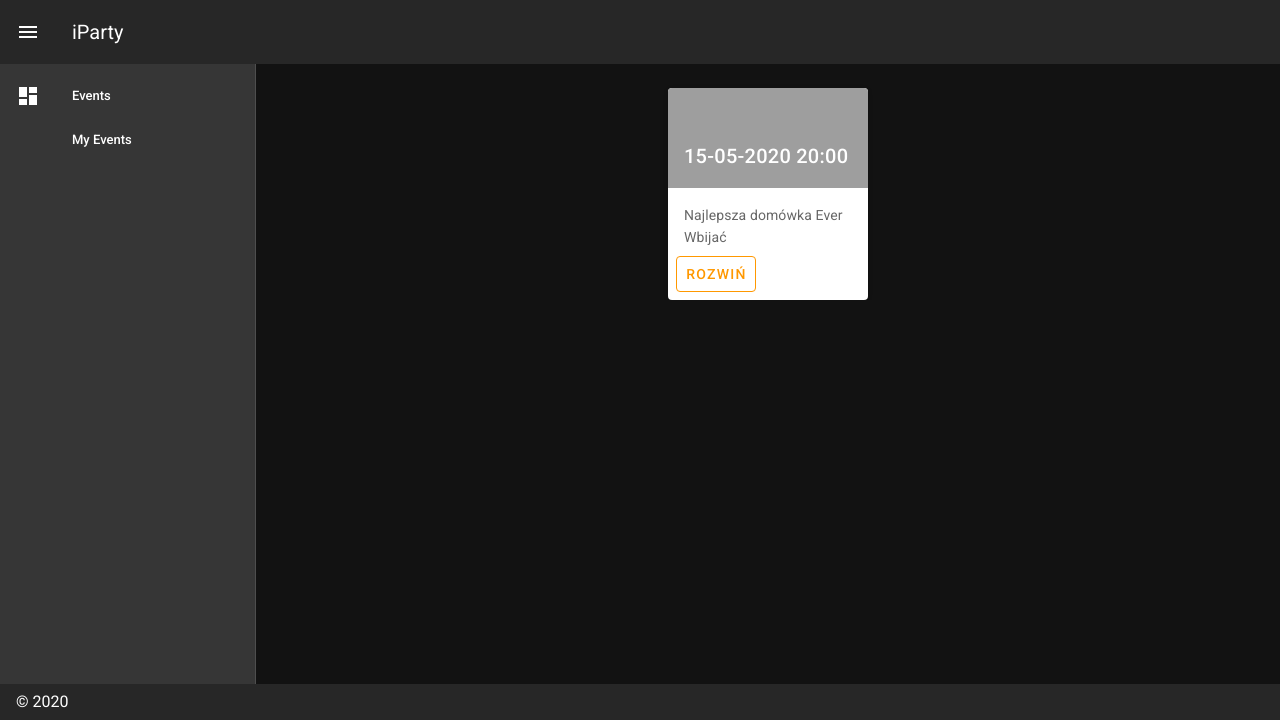
Repository: hexanek/partyapp
Page: /, after clicking the first element matching `button.v-btn--outlined`
An editor plug-in stored every save of this project. The page is shown before and after the next save, followed by the edit.
The browser window is 1280 px wide. The pictures show the whole page.
Pictures or frames that could not be fetched are drawn as grey boxes. The project was rebuilt for these pictures with package versions that can differ from the ones it lists, and the page was loaded fresh each time. Also part of the build but not shown: vue.config.js.

Above is the page before, as saved 2020-01-25 10:45:01.

After the next save:
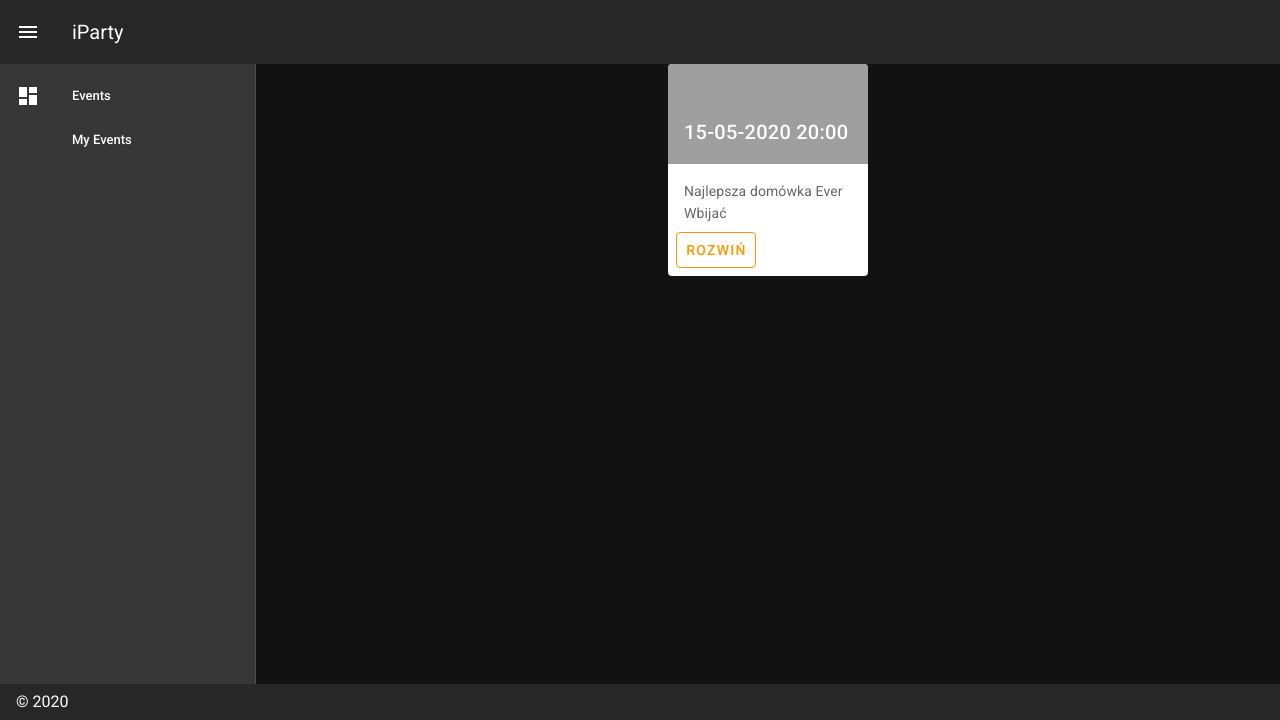
Saved 32 s later.
--- a/src/components/PopupDetails.vue
+++ b/src/components/PopupDetails.vue
@@ -1,13 +1,6 @@
 <template>
     <div>
-      <v-col
-        md="4"
-        offset-md="8"
-      >
-        <v-dialog>
-
-        </v-dialog>
-  </v-col>
+      <v-dialog></v-dialog>
     </div>
 </template>
 
@@ -29,5 +22,4 @@ export default {
 </script>
 
 <style lang="scss" scoped>
-
 </style>
